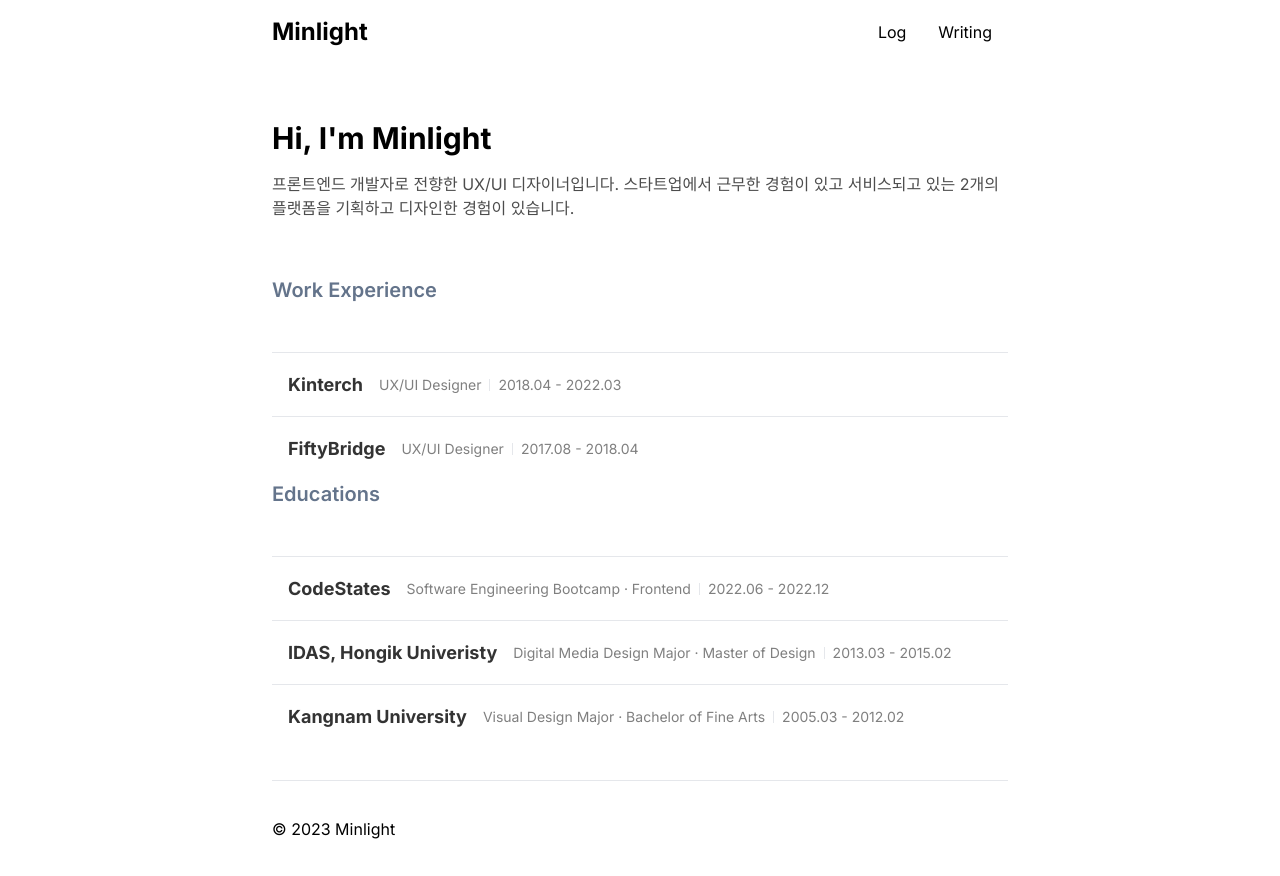
Repository: kwngmin/minlight-log
Page: /
The author's editor kept a copy of each file at every save. The page is drawn from the files as they stood at one save, then again after the next save.
The browser window is 1280 px wide. The pictures show the whole page.
The project was rebuilt for these pictures with package versions that can differ from the ones it lists, and the page was loaded fresh each time. The framework's server and built-in components were replaced by stand-ins that run in the browser. Also part of the build but not shown: next.config.js.

Above is the page before, as saved 2023-04-04 16:36:36.

After the next save:
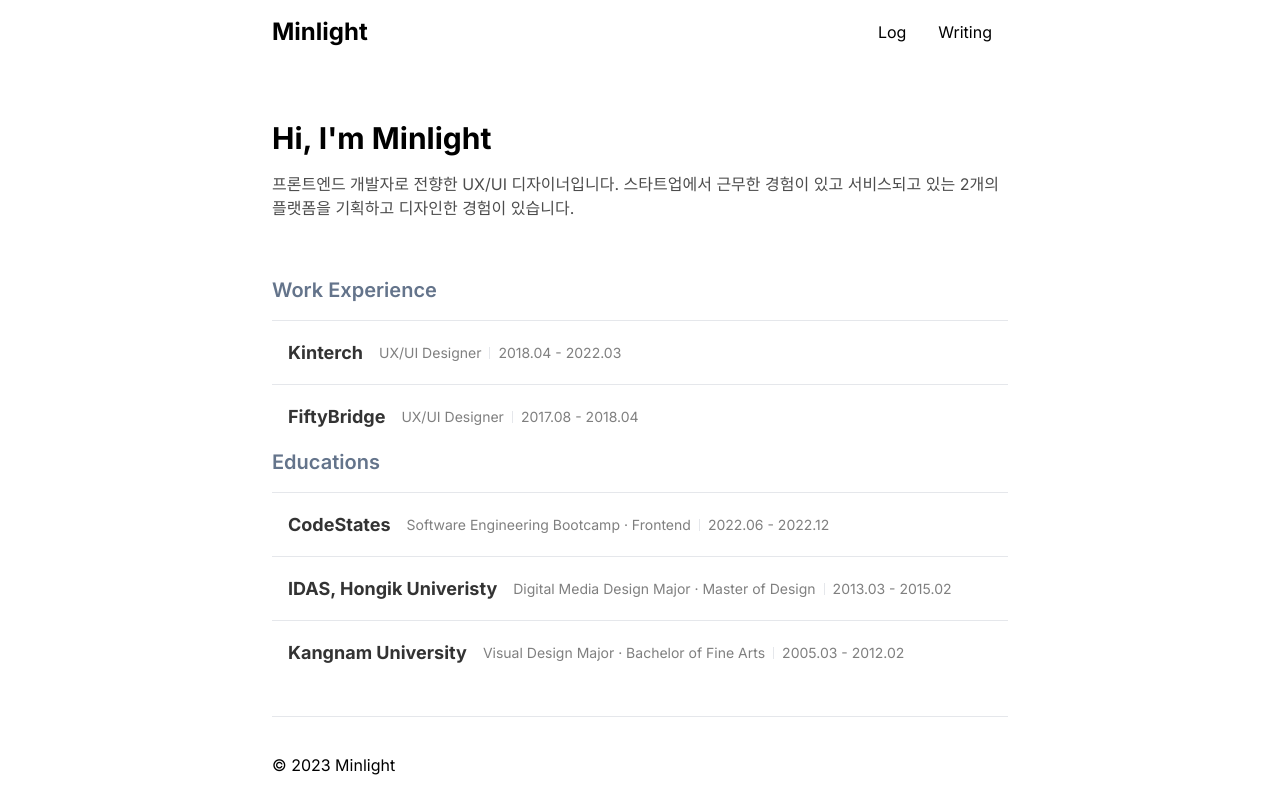
Saved 9 s later.
--- a/src/components/Table.tsx
+++ b/src/components/Table.tsx
@@ -9,7 +9,7 @@ type Props = {
 
 export default function Table({ tableData, subject }: Props) {
   return (
-    <article className="flex flex-col gap-8">
+    <>
       <h2 className="text-left text-xl font-semibold text-slate-500 pb-4">
         {subject}
       </h2>
@@ -28,6 +28,6 @@ export default function Table({ tableData, subject }: Props) {
           </li>
         ))}
       </ul>
-    </article>
+    </>
   );
 }
